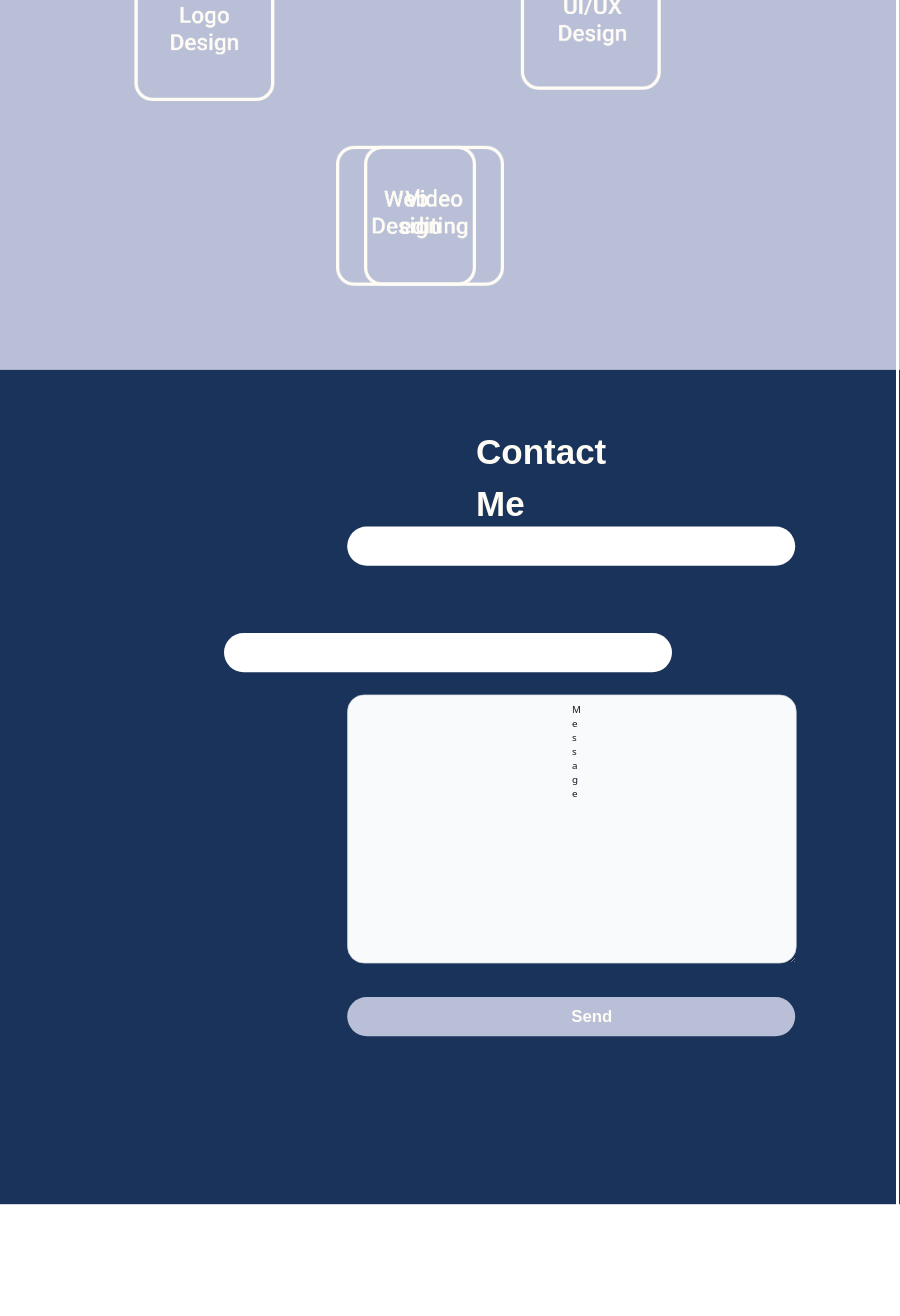
Repository: MEROO1010/my_portfolio
Page: /
An editor plug-in stored every save of this project. The page is shown before and after the next save, followed by the edit.
The browser window is 1280 px wide. The page is 1285 px wide, so the pictures cover 1285 px, including what lies to the right of the window. The pictures show the part of the page from y = 2456 to 4336 px (the page is 4336 px tall before and 4304 px after), at 70% of full size.
The project was rebuilt for these pictures with package versions that can differ from the ones it lists, and the page was loaded fresh each time. The framework's server and built-in components were replaced by stand-ins that run in the browser. Also part of the build but not shown: next.config.js.

Above is the page before, as saved 2023-04-04 00:00:16.

After the next save:
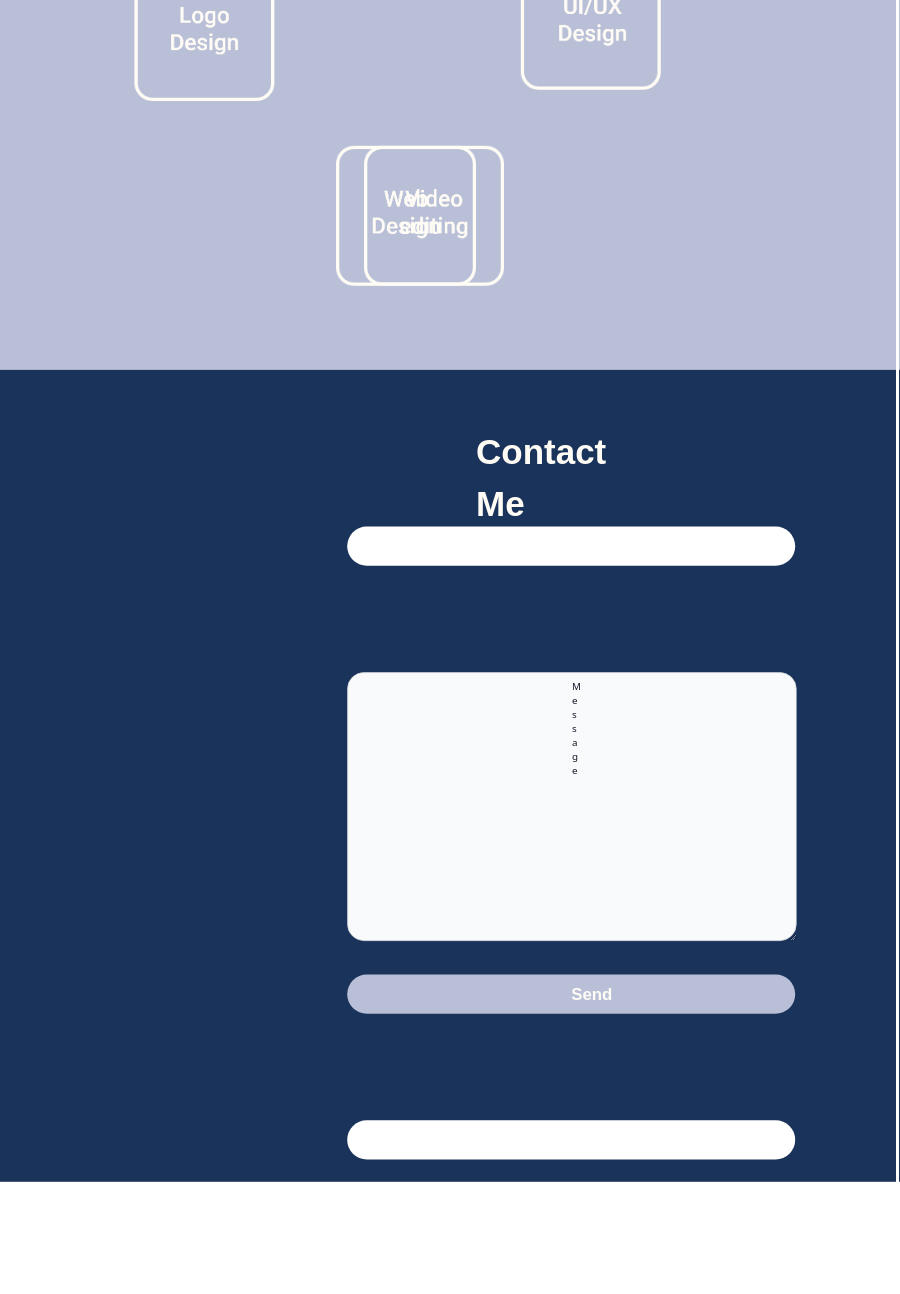
Saved 12 s later.
--- a/pages/components/Form.tsx
+++ b/pages/components/Form.tsx
@@ -4,7 +4,7 @@ const Form = () => {
   return (
     <div>
         <input type="text" placeholder='Your Name' className=" relative  px-80 mx-80 bottom-24 left-44 h-14 w-0 rounded-full"/><br/>
-        <input type="text" className="   px-80 mx-80 bottom-8 left-44 h-14 w-0 rounded-full"/><br/>
+        <input type="text" className=" absolute  px-80 mx-80 bottom-8 left-44 h-14 w-0 rounded-full"/><br/>
         <textarea  className=" relative  px-80 mx-80 top-8 left-44  text-align: left overflow-auto block p-2.5 w-5 h-96  text-sm text-gray-900 bg-gray-50  border border-gray-300 focus:ring-blue-500 focus:border-blue-500 dark:bg-gray-700 dark:border-gray-600 dark:placeholder-gray-400 dark:text-white dark:focus:ring-blue-500 dark:focus:border-blue-500 rounded-3xl ">Message</textarea>
         <button type="submit" className="relative px-80 mx-80 top-20 left-44 h-14 w-10 font-raleway text-[24px] font-semibold text-[#FFFCF6]  bg-[#B8BFD6] rounded-full">Send</button>
 
